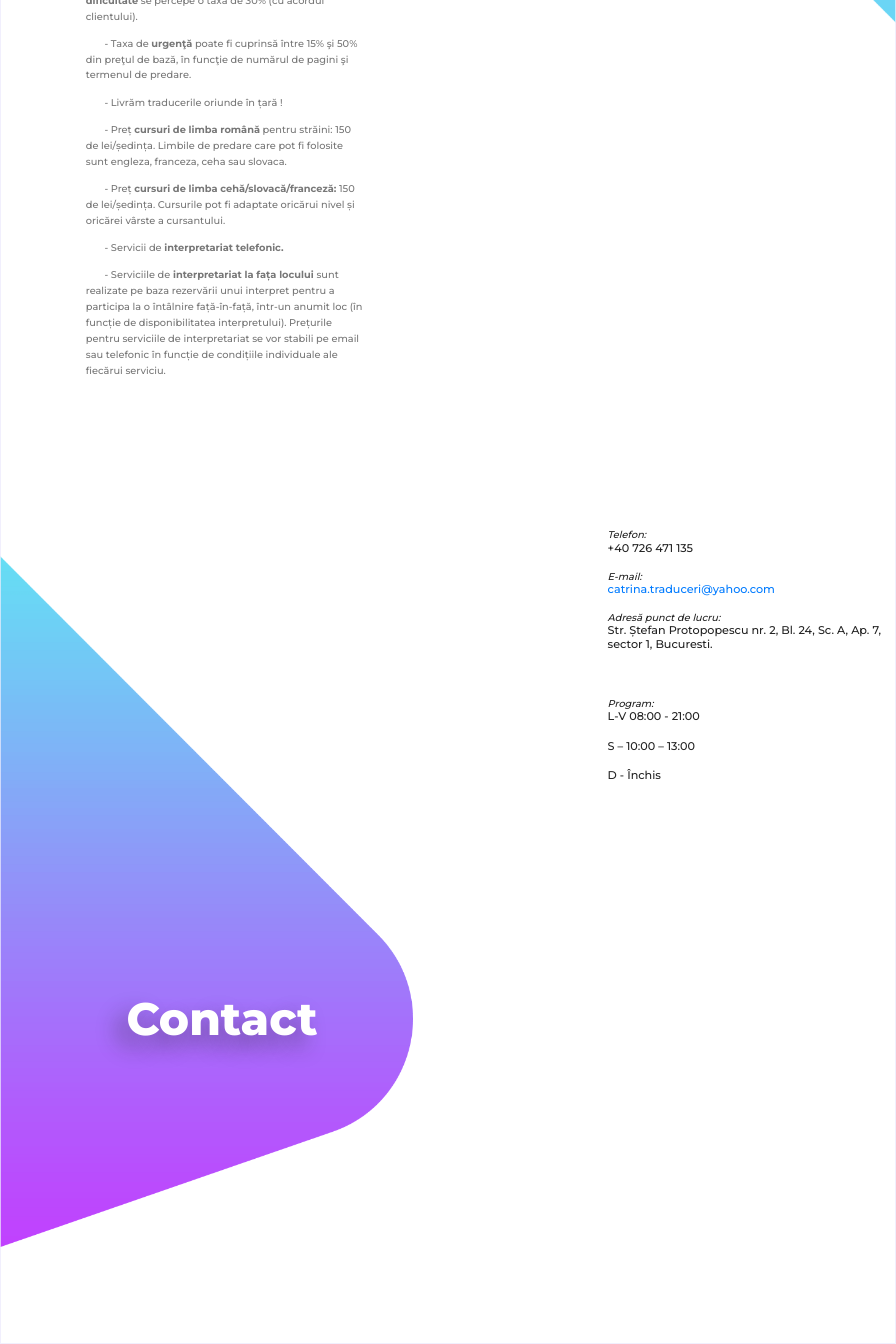
Repository: roscaImarius/site_traduceri
Page: index.html
The author's editor kept a copy of each file at every save. The page is drawn from the files as they stood at one save, then again after the next save.
The browser window is 1280 px wide. The pictures show the part of the page from y = 4490 to 6410 px (the page is 6410 px tall), at 70% of full size.

Above is the page before, as saved 2022-03-22 03:44:13.

After the next save:
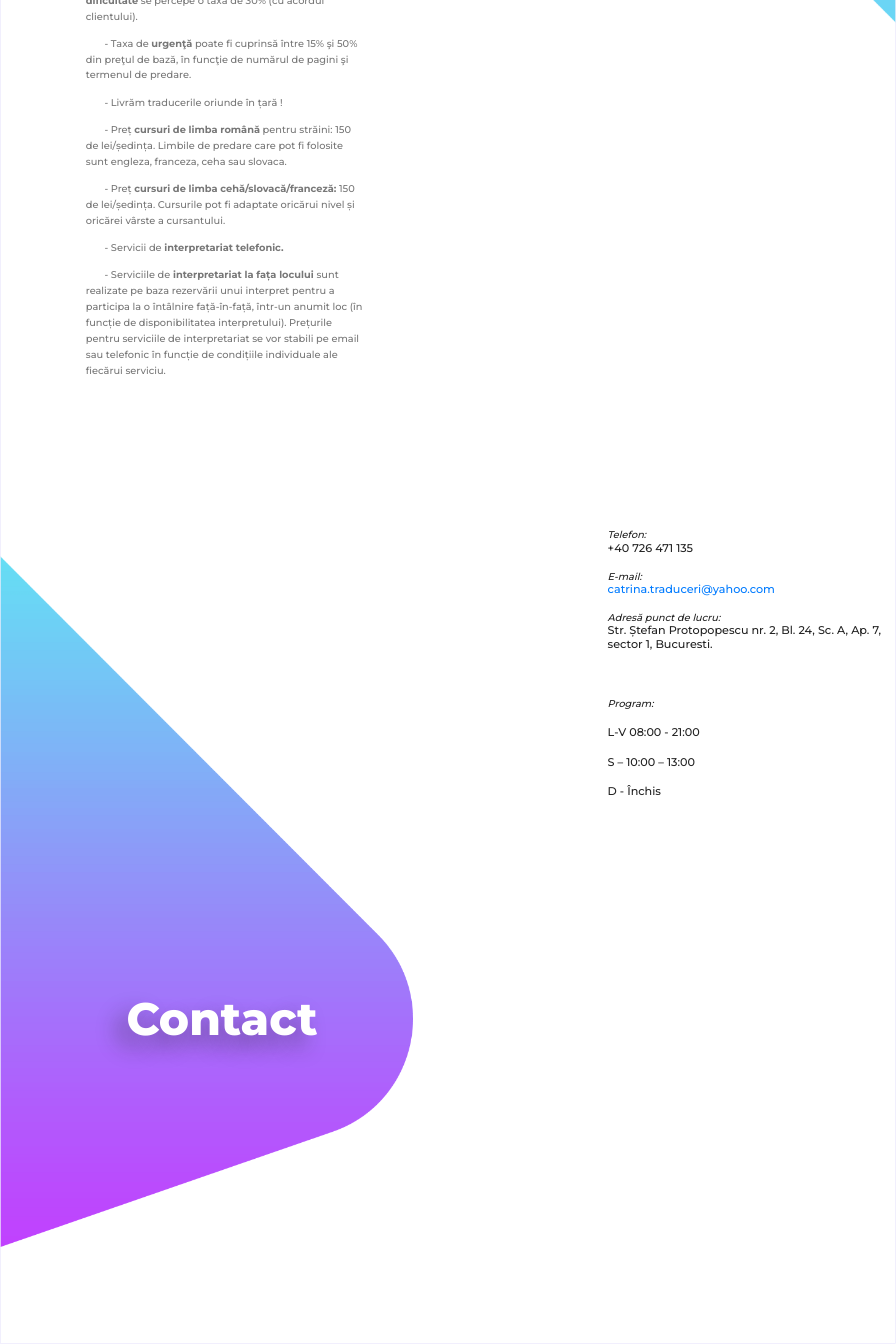
Saved 6 s later.
--- a/index.html
+++ b/index.html
@@ -363,9 +363,10 @@
 
               <br>
               <br>
-              <br>
-
+
+              <br>
               <h6><i>Program:</i></h6>
+              <br>
               <h5>L-V 08:00 - 21:00 </h5><br>
               <h5>S – 10:00 – 13:00</h5><br>
               <h5>D - Închis</h5>
